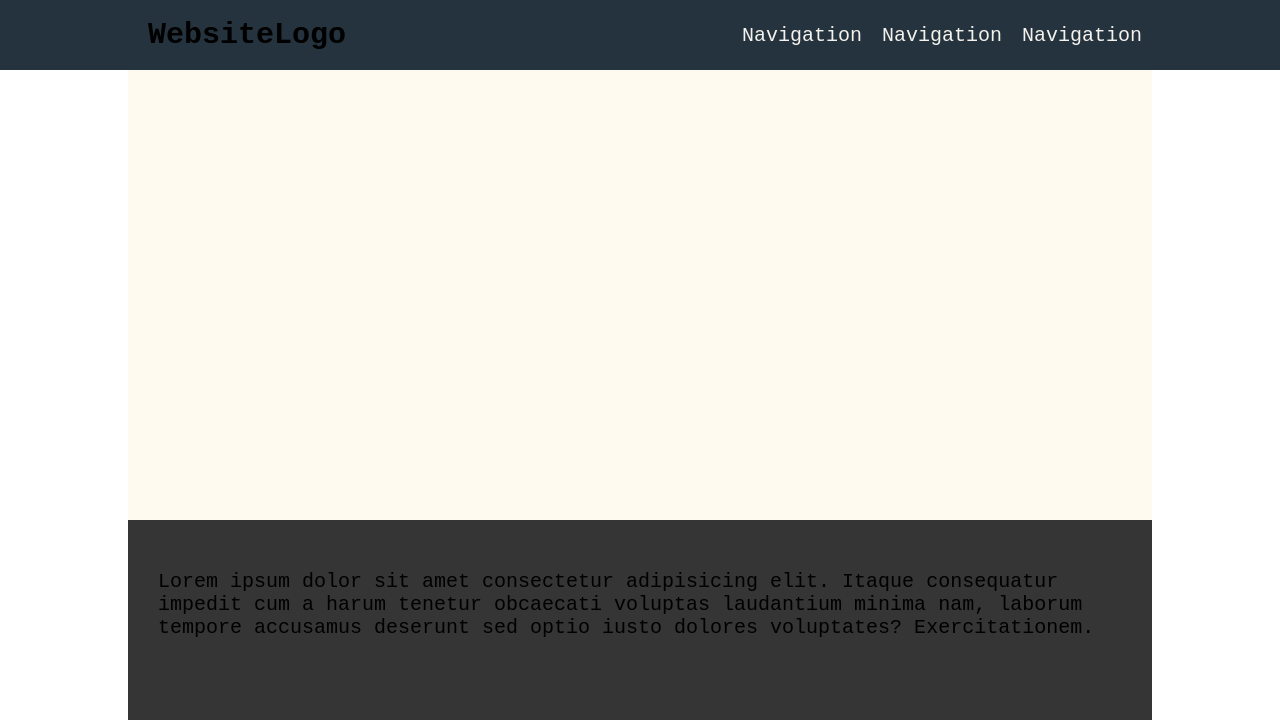
Repository: piotrokrutniak/Projekt-Studia
Page: index.html
These files come from the project's save history. The page is drawn as it stood at one moment and after the next save; the edit follows.
The browser window is 1280 px wide. The pictures show the whole page.

Above is the page before, as saved 2023-03-04 13:11:58.

### index.html
<!DOCTYPE html>
<head>
    <meta charset="UTF-8" />
    <meta http-equiv="X-UA-Compatible" content="IE=edge" />
    <meta name="viewport" content="width=device-width, initial-scale=1.0" />
    <link rel="stylesheet" type="text/css" href="styles.css" />
    <link rel="stylesheet" type="text/css" href="/Styles/navbar.css"/>
    <title>Website Title</title>
</head>
<body>
    <div class="navbar-container">
        <div class="navbar">
            <div class="logo">
                <div class="logo-contents">
                    WebsiteLogo
                </div>
            </div>
            <div class="navigation">
                <a href="/index" class="navigation-link">
                    <div class="navigation-button">
                        Navigation
                    </div>
                </a>
                <a href="/index" class="navigation-link">
                    <div class="navigation-button">
                        Navigation
                    </div>
                </a>
                <a href="/index" class="navigation-link">
                    <div class="navigation-button">
                        Navigation
                    </div>
                </a>
            </div>
        </div>
    </div>

    <div class="main-section">
        <div class="carousel-section">

        </div>
        <div class="text-section">
        Lorem ipsum dolor sit amet consectetur adipisicing elit. Itaque consequatur impedit cum a harum tenetur obcaecati voluptas laudantium minima nam, laborum tempore accusamus deserunt sed optio iusto dolores voluptates? Exercitationem.
        </div>
    </div>
</body>

### styles.css
body{
    font-family: monospace;
    margin: 0;
}

.navbar-container{
    width: 100%;
    height: 70px;
    background: rgb(36, 51, 61);
    position: sticky;
    top: 0;

}

.navbar{
    position: relative;
    max-width: 1024px;
    min-width: 328px;
    height: 50px;
    top: 0px;
    margin: auto;
    display: flex;
    flex-direction:row;
    justify-content: space-between;
    top: 50%;
    -ms-transform: translateY(-50%);
    transform: translateY(-50%);
    font-size: 20px;
}

a{
    text-decoration: none;
    color:rgba(245, 242, 238);
}

.navigation{
    display: grid;
    grid-template-columns: 110px 110px 110px;
    grid-gap: 30px;
    padding-right: 20px;
}

.navigation-link{
    position: relative;

}

.navigation-link:hover{
    padding: 5px;
    border: 1px solid;
    border-color: aqua;

}

.navigation-button{
    text-align: center;
    position: relative;
    top: 50%;
    -ms-transform: translateY(-50%);
    transform: translateY(-50%);
}

.logo{
    position: relative;
    height: 49px;
    padding-left: 20px;
    padding-right: 20px;
    font-weight: 900;
    font-size: 30px;
}

.logo-contents{
    text-align: center;
    position: relative;
    top: 50%;
    -ms-transform: translateY(-50%);
    transform: translateY(-50%);
}

.main-section{
    position: relative;
    max-width: 1024px;
    min-width: 328px;
    min-height: calc(100vh - 70px);
    margin: auto;
    font-size: 20px;
    background: rgb(53, 53, 53);
}

.carousel-section{
    position: relative;
    width: 100%;
    height: 450px;
    background: floralwhite;
    margin-bottom: 20px;

}

.text-section{
    padding: 30px;
}

### Styles/navbar.css
.navbar-container{
    width: 100%;
    height: 70px;
    background: rgb(36, 51, 61);
    position: sticky;
    top: 0;

}

.navbar{
    position: relative;
    max-width: 1024px;
    min-width: 328px;
    height: 50px;
    top: 0px;
    margin: auto;
    display: flex;
    flex-direction:row;
    justify-content: space-between;
    top: 50%;
    -ms-transform: translateY(-50%);
    transform: translateY(-50%);
    font-size: 20px;
}

a{
    text-decoration: none;
    color:rgba(245, 242, 238);
}

.navigation{
    display: grid;
    grid-template-columns: 110px 110px 110px;
    grid-gap: 30px;
    padding-right: 20px;
}

.navigation-link{
    position: relative;

}

.navigation-link:hover{

    border-bottom: 2px solid;
    border-color: aqua;

}

.navigation-button{
    text-align: center;
    position: relative;
    top: 50%;
    -ms-transform: translateY(-50%);
    transform: translateY(-50%);
}

.logo{
    position: relative;
    height: 49px;
    padding-left: 20px;
    padding-right: 20px;
    font-weight: 900;
    font-size: 30px;
}

.logo-contents{
    text-align: center;
    position: relative;
    top: 50%;
    -ms-transform: translateY(-50%);
    transform: translateY(-50%);
}

After the next save:
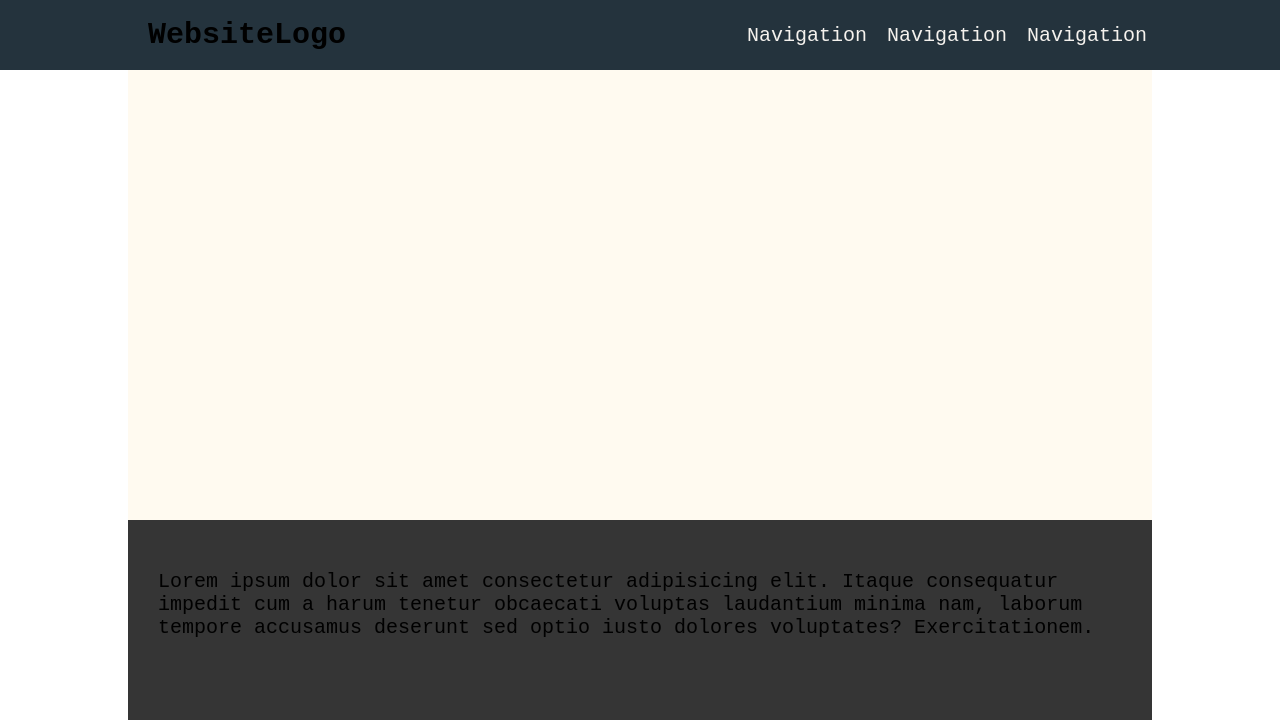
Saved 13 s later.
--- a/styles.css
+++ b/styles.css
@@ -42,11 +42,11 @@ a{
 
 .navigation-link{
     position: relative;
-
+    padding: 5px;
 }
 
 .navigation-link:hover{
-    padding: 5px;
+
     border: 1px solid;
     border-color: aqua;
 
